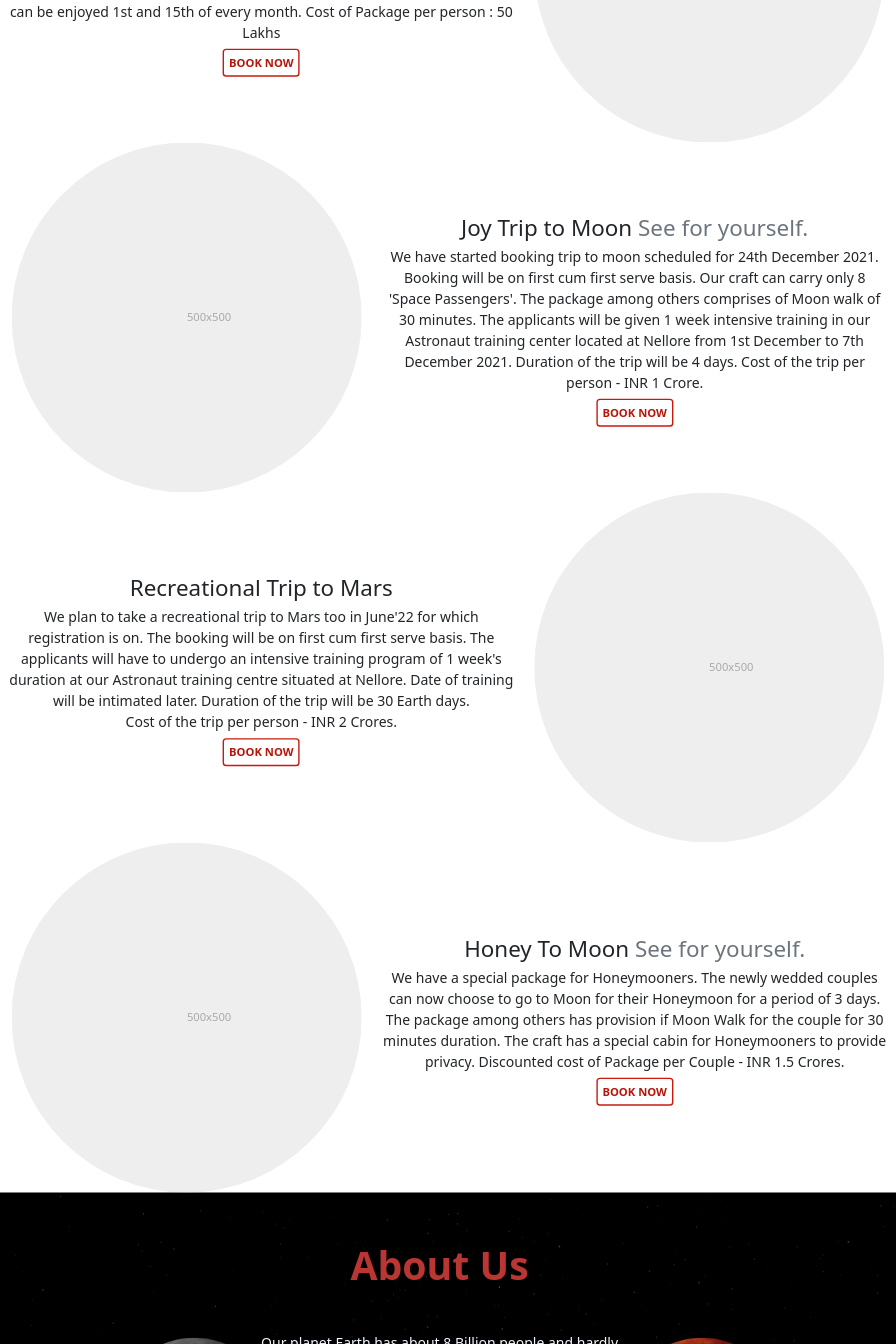
Repository: sarthakkathpalia/elliptical
Page: html/home.html
An editor plug-in stored every save of this project. The page is shown before and after the next save, followed by the edit.
The browser window is 1280 px wide. The pictures show the part of the page from y = 1041 to 2961 px (the page is 4287 px tall), at 70% of full size.
Some web libraries are served in a nearby version.

Above is the page before, as saved 2021-10-31 16:02:50.
Console error: ReferenceError: emailjs is not defined

### html/home.html
<!doctype html>
<html lang="en">
  <head>
    <!-- Required meta tags -->
    <meta charset="utf-8">
    <meta name="viewport" content="width=device-width, initial-scale=1">

    <!-- Bootstrap CSS -->
    <link href="https://cdn.jsdelivr.net/npm/bootstrap@5.1.3/dist/css/bootstrap.min.css" rel="stylesheet" integrity="sha384-1BmE4kWBq78iYhFldvKuhfTAU6auU8tT94WrHftjDbrCEXSU1oBoqyl2QvZ6jIW3" crossorigin="anonymous">
    <link rel="stylesheet" href="/Css/home.css">
    <script type="text/javascript" src="https://cdn.jsdelivr.net/npm/emailjs-com@3/dist/email.min.js"></script>
    <link rel="stylesheet" href="https://cdn.jsdelivr.net/npm/bootstrap-icons@1.6.1/font/bootstrap-icons.css">

    <script type="text/javascript">
    (function() {
    emailjs.init("user_RQy2NQAr1UeMOoaw4Cpgi");
    })();
    </script>
    <title>XYZ</title>
  </head>
  <body>

    <nav class="navbar navbar-expand-lg ">

      <a class="logo" href="#">
        <img src="./Ellip1.png" alt="Elliptical" width="200px" height="50px">
      </a>

        <div class="container">
        <!-- <button class="navbar-toggler" type="button" data-bs-toggle="collapse" data-bs-target="#navbarNavDropdown" aria-controls="navbarNavDropdown" aria-expanded="false" aria-label="Toggle navigation">
          <span class="navbar-toggler-icon"></span>
        </button> -->

        <div class="collapse navbar-collapse" id="navbarNavDropdown">
          <ul class="navbar-nav ">
            <li class="nav-item">
              <a class="nav-link" href="login.html">FLY TO SPACE</a>
            </li>
            <li class="nav-item">
              <a class="nav-link" href="#section2">About Us</a>
            </li>
            <li class="nav-item">
            <li class="nav-item">
                <a class="nav-link" href="test.html">Training</a>
            </li>
              <a class="nav-link" href="#">Lunar Land</a>
            </li>
            <li class="nav-item">
              <a class="nav-link" href="#contact">Get In Touch</a>
            </li>
            <li class="nav-item login">
              <a class="nav-link" href="login.html">Login</a>
            </li>
          </ul>
            <!-- <li class="nav-item dropdown">
              <a class="nav-link dropdown-toggle" href="#" id="navbarDropdownMenuLink" role="button" data-bs-toggle="dropdown" aria-expanded="false">
                Dropdown link
              </a>
              <ul class="dropdown-menu" aria-labelledby="navbarDropdownMenuLink">
                <li><a class="dropdown-item" href="#">Action</a></li>
                <li><a class="dropdown-item" href="#">Another action</a></li>
                <li><a class="dropdown-item" href="#">Something else here</a></li>
              </ul>
            </li> -->



            <!-- <div class="right ms-auto">
            <a class="nav-link" href="#"></a>
          </div>
          <input type="checkbox" id="check"> -->
    <!-- <label for="check">
      <i class="bi bi-bag" id="btn"></i>
      <i class="bi bi-x-square" id="cancel"></i>
    </label> -->
    <!-- <div class="sidebar">
      <header>Shop</header>
      <a href="#" class="active">
        <i class="bi bi-caret-right"></i>
        <span>Dashboard</span>
      </a>
      <a href="#">
        <i class="bi bi-caret-right"></i>
        <span>Shortcuts</span>
      </a>
      <a href="#">
        <i class="bi bi-caret-right"></i>
        <span>Overview</span>
      </a>
      <a href="#">
        <i class="bi bi-caret-right"></i>
        <span>Events</span>
      </a>
      <a href="#">
        <i class="bi bi-caret-right"></i>
        <span>About</span>
      </a>
      <a href="#">
        <i class="bi bi-caret-right"></i>
        <span>Services</span>
      </a>
      <a href="#">
        <i class="bi bi-caret-right"></i>
        <span>Contact</span>
      </a>
    </div> -->
        </div>
      </div>
    </nav>





    <div class="home vh-100 d-flex align-items-center " id="home">
      <div class="container ">
          <div class="row">
              <div class="col-lg-7 mx-auto text-center">
                  <!-- <h1 class="display-4 ">Elliptical</h1> -->
                  <!-- <p class=" my-3">Lorem ipsum dolor sit amet, consectetur adipisicing elit. Eaque quia
                      sequi eius. Quas, totam aliquid. Repudiandae reiciendis vel excepturi ipsa voluptate dicta!
                  </p> -->
              </div>
          </div>
      </div>
  </div>


      <a id="arrow" class = "arrow" href="#home "><i class="up"></i></a>
      <a id="arrow" class = "arrow" href="#section2 "><i class="down"></i></a>







<div class="container marketing">



  <div id="fly" class="con1 ">
  <div class="row featurette align-items-center">
    <div class="col-md-7">
      <h2 class="featurette-heading">Lower Earth Orbit <span class="text-muted">It’ll blow your mind.</span></h2>
      <p class="lead">Our craft will take you to the LEO. The distance to LEO from the Earth's surface is about 900 km. The pull of gravity in LEO is slightly less than on the Earth's surface. An object in orbit is by definition in free fall since there is no force holding it up. As a result objects in LEO, including people, experience a sense of weightlessness.
        Duration of this Space Flight will be 6 hours. This can be enjoyed 1st and 15th of every month.

        Cost of Package per person : 50 Lakhs</p>

      <div class="Booknow">
        <a  href="login.html">Book Now</a>
      </div>

    </div>
    <div class="col-md-5">
      <!-- <img src="cosmos.jpg" alt=""> -->
      <svg class="bd-placeholder-img bd-placeholder-img-lg featurette-image img-fluid mx-auto" width="500" height="500" xmlns="http://www.w3.org/2000/svg" role="img" aria-label="Placeholder: 500x500" preserveAspectRatio="xMidYMid slice" focusable="false"><title>Placeholder</title><rect width="100%" height="100%" fill="#eee"></rect><text x="50%" y="50%" fill="#aaa" dy=".3em">500x500</text></svg>

    </div>
  </div>
</div>


<div id="fly" class="con2">
  <div class="row featurette align-items-center">
    <div class="col-md-7 order-md-2">
      <h2 class="featurette-heading">Joy Trip to Moon <span class="text-muted">See for yourself.</span></h2>
      <p class="lead">We have started booking trip to moon scheduled for 24th December 2021. Booking will be on first cum first serve basis. Our craft can carry only 8 'Space Passengers'. The package among others comprises of Moon walk of 30 minutes. The applicants will be given 1 week intensive training in our Astronaut training center located at Nellore from 1st December to 7th December 2021. Duration of the trip will be 4 days. Cost of the trip per person - INR 1 Crore.</p>

      <div class="Booknow">
        <a  href="login.html">Book Now</a>
      </div>
    </div>
    <div class="col-md-5 order-md-1">
      <svg class="bd-placeholder-img bd-placeholder-img-lg featurette-image img-fluid mx-auto" width="500" height="500" xmlns="http://www.w3.org/2000/svg" role="img" aria-label="Placeholder: 500x500" preserveAspectRatio="xMidYMid slice" focusable="false"><title>Placeholder</title><rect width="100%" height="100%" fill="#eee"></rect><text x="50%" y="50%" fill="#aaa" dy=".3em">500x500</text></svg>

    </div>
  </div>
</div>


<div id="fly" class="con3">
  <div class="row featurette align-items-center">
    <div class="col-md-7">
      <h2 class="featurette-heading">Recreational Trip to Mars</h2>
      <p class="lead">We plan to take a recreational trip to Mars too in June'22 for which registration is on. The booking will be on first cum first serve basis. The applicants will have to undergo an intensive training program of 1 week's duration at our Astronaut training centre situated at Nellore. Date of training will be intimated later. Duration of the trip will be 30 Earth days. <br>Cost of the trip per person - INR 2 Crores.</p>
      <div class="Booknow">
        <a  href="login.html">Book Now</a>
      </div>
    </div>
    <div class="col-md-5">
      <svg class="bd-placeholder-img bd-placeholder-img-lg featurette-image img-fluid mx-auto" width="500" height="500" xmlns="http://www.w3.org/2000/svg" role="img" aria-label="Placeholder: 500x500" preserveAspectRatio="xMidYMid slice" focusable="false"><title>Placeholder</title><rect width="100%" height="100%" fill="#eee"></rect><text x="50%" y="50%" fill="#aaa" dy=".3em">500x500</text></svg>

    </div>
  </div>
</div>


<div id="fly" class="con4 ">
<div class="row featurette align-items-center">
  <div class="col-md-7 order-md-2">
    <h2 class="featurette-heading">Honey To Moon <span class="text-muted">See for yourself.</span></h2>
    <p class="lead">We have a special package for Honeymooners. The newly wedded couples can now choose to go to Moon for their Honeymoon for a period of 3 days. The package among others has provision if Moon Walk for the couple for 30 minutes duration. The craft has a special cabin for Honeymooners to provide privacy. Discounted cost of Package per Couple - INR 1.5 Crores.</p>

    <div class="Booknow">
      <a  href="login.html">Book Now</a>
    </div>
  </div>
  <div class="col-md-5 order-md-1">
    <svg class="bd-placeholder-img bd-placeholder-img-lg featurette-image img-fluid mx-auto" width="500" height="500" xmlns="http://www.w3.org/2000/svg" role="img" aria-label="Placeholder: 500x500" preserveAspectRatio="xMidYMid slice" focusable="false"><title>Placeholder</title><rect width="100%" height="100%" fill="#eee"></rect><text x="50%" y="50%" fill="#aaa" dy=".3em">500x500</text></svg>

  </div>
</div>
</div>
</div>

  <!-- <div class="col-md-5">
    <svg class="bd-placeholder-img bd-placeholder-img-lg featurette-image img-fluid mx-auto" width="500" height="500" xmlns="http://www.w3.org/2000/svg" role="img" aria-label="Placeholder: 500x500" preserveAspectRatio="xMidYMid slice" focusable="false"><title>Placeholder</title><rect width="100%" height="100%" fill="#eee"></rect><text x="50%" y="50%" fill="#aaa" dy=".3em">500x500</text></svg>

  </div>
</div>
</div> -->

<!-- <section id="services">

  <div class="container">
      <div class="row  mb-5">
          <div class=" col-md-8 mx-auto text-center">

              <h1 data-aos="fade-up">Reviews</h1>
              <p>Lorem ipsum dolor sit amet consectetur nisi necessitatibus repellat distinctio eveniet eaque fuga
                  in cumque optio consectetur harum vitae debitis sapiente praesentium aperiam aut</p>
          </div>
      </div>
      <div class="row g-4">
          <div class="col-lg-4 col-sm-6">
              <div class="service card-effect bounceInUp">
                  <div class="iconbox">
                      <i class='bx bxs-check-shield'></i>
                  </div>
                  <h5 class="mt-4 mb-2">x</h5>
                  <p>Lorem ipsum dolor sit amet consectetur adipisicing elit. Nihil perspiciatis illo asperiores
                      perferendis </p>
              </div>
          </div>
          <div class="col-lg-4 col-sm-6">
              <div class="service card-effect">
                  <div class="iconbox">
                      <i class='bx bxs-comment-detail'></i>
                  </div>
                  <h5 class="mt-4 mb-2">y</h5>
                  <p>Lorem ipsum dolor sit amet consectetur adipisicing elit. Nihil perspiciatis illo asperiores
                      perferendis </p>
              </div>
          </div>
          <div class="col-lg-4 col-sm-6">
              <div class="service card-effect">
                  <div class="iconbox">
                      <i class='bx bxs-cog'></i>
                  </div>
                  <h5 class="mt-4 mb-2">z</h5>
                  <p>Lorem ipsum dolor sit amet consectetur adipisicing elit. Nihil perspiciatis illo asperiores
                      perferendis </p>
              </div>
          </div>
         </div>

  </div>
</section> -->
<main id=section2>
  <div class=" section2 container ">
    <div class="row ">
      <div class="col-lg-6 ">
          <h1 data-js="reveal" class="display-4 ">About Us</h1>
          <p  data-js="reveal" class=" my-3">
            Our planet Earth has about 8 Billion people and hardly 650 of them have been lucky enough who got the opportunity to travel in space under various missions. In 2020, Elliptical opened the doors for common citizens to explore space, not under any Government Mission but on a joy trip on a Space Craft owned by us named __(space craft name). It is a matter of pride that we will be the first Indian company to start space travel as a private enterprise. Our first trip to Moon is scheduled for 24th December 2021 from 'Sriharikota' and later in June'22 we plan to take a trip to Mars too. However we have not restricted our spectrum of activities to Space Travel only but we also undertake training of people for Space Travel and besides we are authorised company for sale of Lunar Land!!
          </p>
      </div>
    </div>
</div>
</main>
<div id= "contact" class="form">

  <h2>Get in Touch</h2>
  <label htmlFor="name">Name</label>
  <input type="text" id="name"/>
  <label htmlFor="City">City</label>
  <input type="text" id="city"/>
  <label htmlFor="email">E-Mail</label>
  <input type="email" id="email"/>
  <label>Contact Details</label>
  <textarea  rows="7" cols="100"  id="message" ></textarea>
  <button class="b1" onclick="sendEmail()">Submit</button>
</div>



<footer class="py-3 my-0">
  <!-- <ul class="nav justify-content-center border-bottom pb-3 mb-3">
    <li class="nav-item"><a href="#" class="nav-link px-2 text-muted">Home</a></li>
    <li class="nav-item"><a href="#" class="nav-link px-2 text-muted">Features</a></li>
    <li class="nav-item"><a href="#" class="nav-link px-2 text-muted">Pricing</a></li>
    <li class="nav-item"><a href="#" class="nav-link px-2 text-muted">FAQs</a></li>
    <li class="nav-item"><a href="#" class="nav-link px-2 text-muted">About</a></li>
  </ul> -->
  <p class="text-center text-muted">© 2021 Elliptical, Inc</p>
</footer>



    <!-- Optional JavaScript; choose one of the two! -->

    <!-- Option 1: Bootstrap Bundle with Popper -->
    <script src="https://cdn.jsdelivr.net/npm/bootstrap@5.1.3/dist/js/bootstrap.bundle.min.js" integrity="sha384-ka7Sk0Gln4gmtz2MlQnikT1wXgYsOg+OMhuP+IlRH9sENBO0LRn5q+8nbTov4+1p" crossorigin="anonymous"></script>

    <!-- Option 2: Separate Popper and Bootstrap JS -->
    <!--
    <script src="https://cdn.jsdelivr.net/npm/@popperjs/core@2.10.2/dist/umd/popper.min.js" integrity="sha384-7+zCNj/IqJ95wo16oMtfsKbZ9ccEh31eOz1HGyDuCQ6wgnyJNSYdrPa03rtR1zdB" crossorigin="anonymous"></script>
    <script src="https://cdn.jsdelivr.net/npm/bootstrap@5.1.3/dist/js/bootstrap.min.js" integrity="sha384-QJHtvGhmr9XOIpI6YVutG+2QOK9T+ZnN4kzFN1RtK3zEFEIsxhlmWl5/YESvpZ13" crossorigin="anonymous"></script>
    -->
    <script src="/main.js"></script>
  </body>
</html>

### Css/home.css

*{
    margin: 0;
    padding: 0;
    box-sizing: border-box;
}
.logo{
    /* background-color: white; */
   /* margin: 0px; */
   margin-left: 80px;
   /* margin-top: -70px; */
}
.navbar-nav{
    font-weight: bold;
    text-transform: uppercase;
    margin-left: 150px;
    font-size: 15px;
    font-family: 'Gill Sans', 'Gill Sans MT', Calibri, 'Trebuchet MS', sans-serif;
}

.navbar{
    position: fixed;
    z-index: 10;
    margin-top: 17px;
    width: 100%;

}
.navbar-nav a{
    color: rgb(255, 254, 253);
    background-color: rgba(0, 0, 0, 0.459);

}

.navbar-nav a:hover{
    color: rgb(78, 168, 209);

}
.home{
    position: relative;
    background-image: url(/Images/astronaut.jpg);
    background-size: cover;
    background-position: center;
}
.home .row{
    margin-top: 350px;
}
.home h1{
    color: rgb(255, 255, 255);
    font-weight: bold;
}
.home p{
    color: antiquewhite;
}
.row a{
    border: 2px solid wheat;
    color: aliceblue;
}
.row a:hover{
    transition: 0.2s;
    transform: translateY(5%);
    font-size: 18px;
    border: 2px solid wheat;
    color: aliceblue;
}
.right{
    color: white;
    margin-top: 10px;
    margin-left: 20px;
    margin-right: 20px;
}

.right a{
   color: white;
   font-weight: bold;
   text-transform: uppercase;

   font-size: 15px;
   font-family: 'Gill Sans', 'Gill Sans MT', Calibri, 'Trebuchet MS', sans-serif;
}
.right a:hover{
    color: rgb(78, 168, 209);
    text-decoration: underline;
    transition: 0.5s;
   font-size: 18px;
   transform: translateY(-8%);

}
.nav-item a:focus{
    color:black;
}

section {

    height:700px;

  }
  .service{
    padding: 25px;
    box-shadow: 5px 8px 22px rgba(0, 0, 0, 0.199);
    transition: all 0.35s ease;
  }

  .service:hover{
    box-shadow: 5px 8px 22px rgba(38, 17, 66, 0.205);
    transform: translateY(5px);

  }


   #section2 .container {

    height:650px;

    background-image: url(/Images/moonphase.jpg);
    background-repeat: no-repeat;
    background-size: cover;
    background-position: center;
    max-width: 100%;
    text-align: center;

  }

  .section2 h1{
    text-align: center;
    font-weight: bold;
    color: #b93632;
    padding-bottom: 47px;

  }
  .section2 p{

    padding-bottom: 50px;
    font-size: 20px;
  }

  .section2 .row{
    display: flex;
     max-width: 100%;
    padding: 70px;
     justify-content: center;
     margin-bottom:150px ;
    color: aliceblue;
    font-size: 18px;
  }
  [data-reveal="text"]{
      opacity: 0;

  }
  [data-js="reveal"].loaded [data-reveal="text"]{
      opacity:1;
      animation:reveal-text 1.5s ease;

  }
  @keyframes reveal-text {
      0%{
         opacity: 0;

      }
      50%{

          opacity: 1;
      }

    }

    .marketing{


      background-size: cover;
      background-position: center;
      max-width: 100%;

    }


      footer {
        background-color: #000000e7;
        margin-bottom: 0%;
        /* background-image:url(/Images/cosmos.jpg) ; */
      }
      .form{

        height: 820px;
        font-family: 'Gill Sans', 'Gill Sans MT', Calibri, 'Trebuchet MS', sans-serif;
        font-weight: bolder;
        padding-top: 80px;
        padding-left: 200px;
        /* background-image:url("/Images/contact.jpg"); */

        display: flex;
        color: rgba(255, 255, 255, 0.904);
        flex-direction: column;
        background-image: url(/Images/rotating-earth.gif);
         background-repeat: no-repeat;
         background-size: cover;
         background-position: center;
    }

    input,textarea{
        /* background-color: slategrey; */
        background: transparent;
        border-color: rgba(255, 255, 255, 0.918);
        border-width: 3px;
        color: white;
    }
    textarea{
        width:350px;

        border-radius: 8px;

    }
    input{
        width:350px;
        height: 30px;
        border-radius: 8px;
    }

    label{
        font-size: 20px;
        margin-top: 30px;
        margin-bottom: 3px;
    }
    .b1{
        margin-top: 20px;
        color: rgba(255, 255, 255, 0.911);
        background-color:#000000 ;
        padding: 18px;
        font-size: 25px;
        width: 350px;
        border-radius: 8px;
    }
    .b1:hover{
        background-color: white;
        color: black;
    }
    svg{
        clip-path: circle();

    }
    i{
        border: solid white;
        border-width: 0 3px 3px 0;
        display: inline-block;
        padding: 8px;

    }

    .up{
        transform:rotate(-135deg);
    }
    .down{

        transform: rotate(45deg);
    }

.login{
    margin-left: 380px;
}



.featurette{
    text-align: center;
}
.Booknow a{
    color:rgb(182, 21, 9);
    text-decoration: none;
    padding: 7px;
    font-weight: bold;
    text-transform: uppercase;
    border-radius: 5px;
    border: 2px solid rgb(202, 26, 14);
}
.Booknow a:hover{
    background-color: rgb(202, 26, 14);
    padding: 8px;
    font-weight: normal;
    font-size: 17px;
    border:none
}

Loaded but not shown: main.js (102 lines, source omitted)

After the next save:
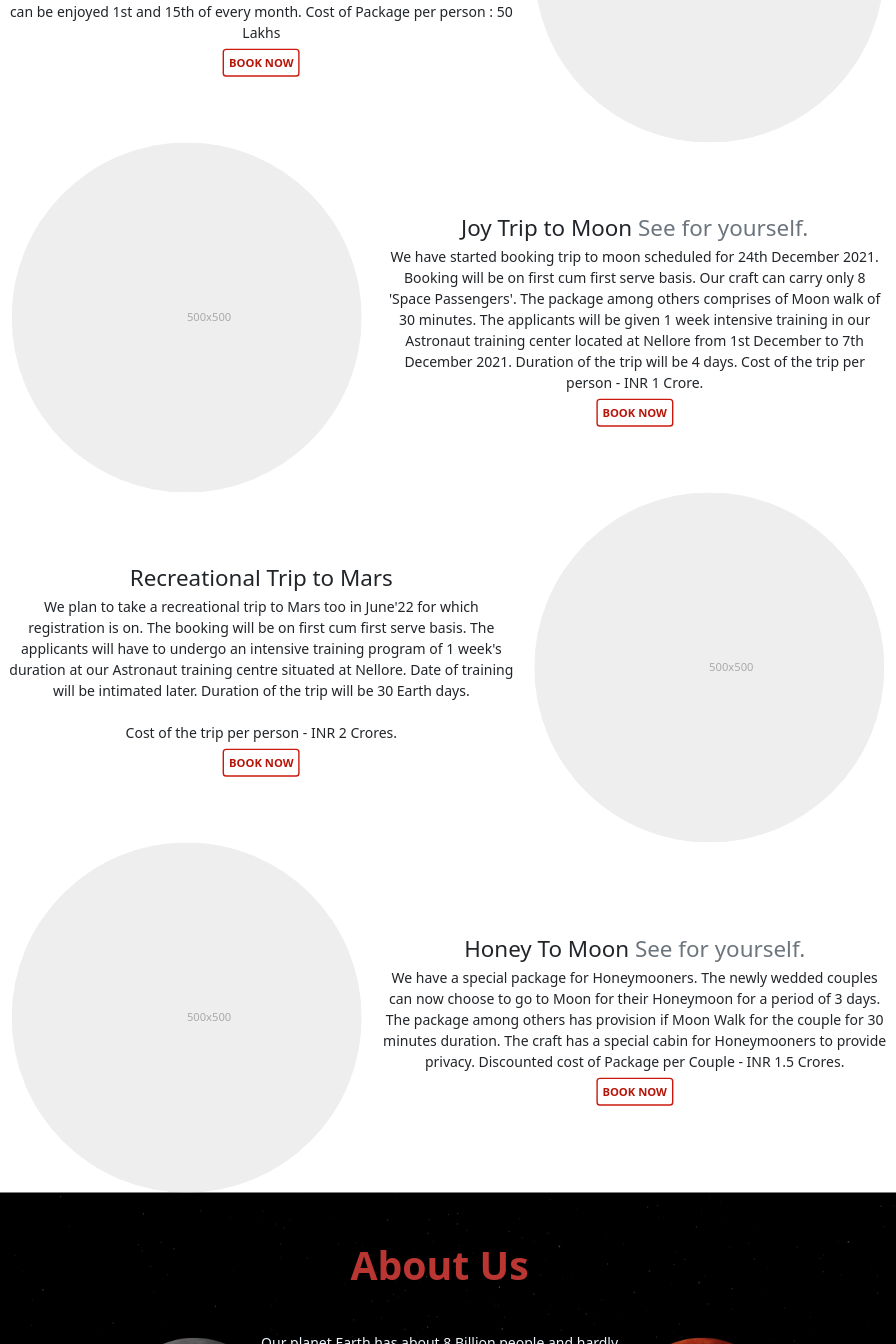
Saved 16 s later.
--- a/html/home.html
+++ b/html/home.html
@@ -184,7 +184,7 @@
   <div class="row featurette align-items-center">
     <div class="col-md-7">
       <h2 class="featurette-heading">Recreational Trip to Mars</h2>
-      <p class="lead">We plan to take a recreational trip to Mars too in June'22 for which registration is on. The booking will be on first cum first serve basis. The applicants will have to undergo an intensive training program of 1 week's duration at our Astronaut training centre situated at Nellore. Date of training will be intimated later. Duration of the trip will be 30 Earth days. <br>Cost of the trip per person - INR 2 Crores.</p>
+      <p class="lead">We plan to take a recreational trip to Mars too in June'22 for which registration is on. The booking will be on first cum first serve basis. The applicants will have to undergo an intensive training program of 1 week's duration at our Astronaut training centre situated at Nellore. Date of training will be intimated later. Duration of the trip will be 30 Earth days. <br><br>Cost of the trip per person - INR 2 Crores.</p>
       <div class="Booknow">
         <a  href="login.html">Book Now</a>
       </div>
